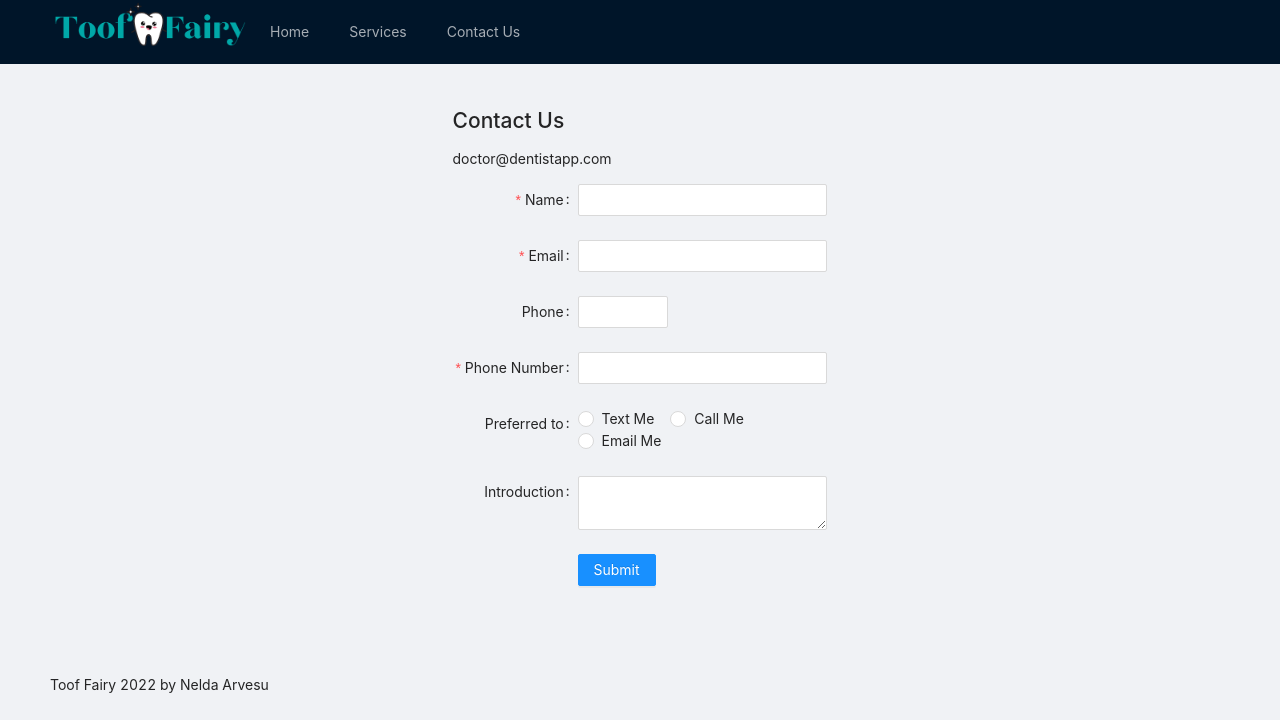
Repository: neldad1/dentist-app
Page: /contact
The author's editor kept a copy of each file at every save. The page is drawn from the files as they stood at one save, then again after the next save.
The browser window is 1280 px wide. The pictures show the whole page.
The project was rebuilt for these pictures with package versions that can differ from the ones it lists, and the page was loaded fresh each time. Also part of the build but not shown: src/components/Home.jsx, src/components/Services/Cosmetic.jsx, src/components/Services/Resorative.jsx, src/components/Services/Preventative.jsx. Imported but missing from the stored project, and not drawn on this page: src/components/Services.

Above is the page before, as saved 2022-03-09 14:57:42.

After the next save:
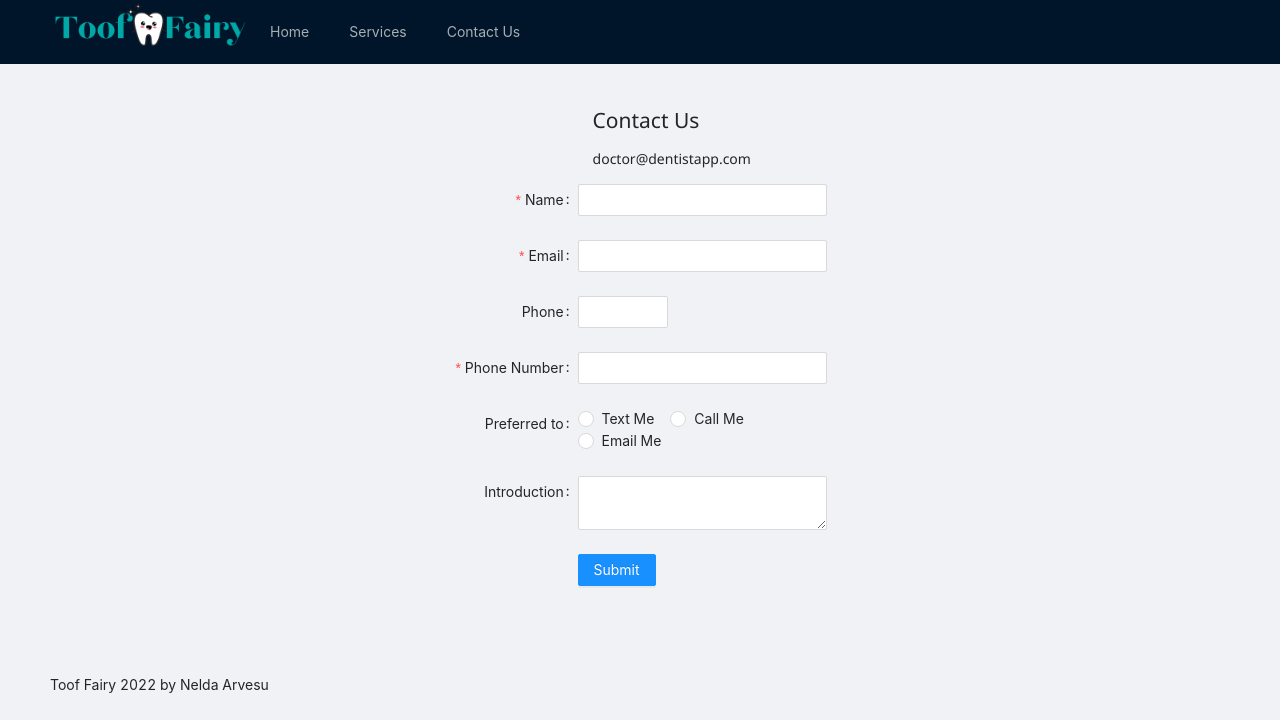
Saved 98 s later.
--- a/src/components/Contact.jsx
+++ b/src/components/Contact.jsx
@@ -30,8 +30,10 @@
 
   return (
     <div>
-      <h1>Contact Us</h1>
-      <p>doctor@dentistapp.com</p>
+      <div className="content-wrapper">
+        <h1>Contact Us</h1>
+        <p>doctor@dentistapp.com</p>
+      </div>
       <Form
         {...layout}
         name="nest-messages"

After the save that followed:
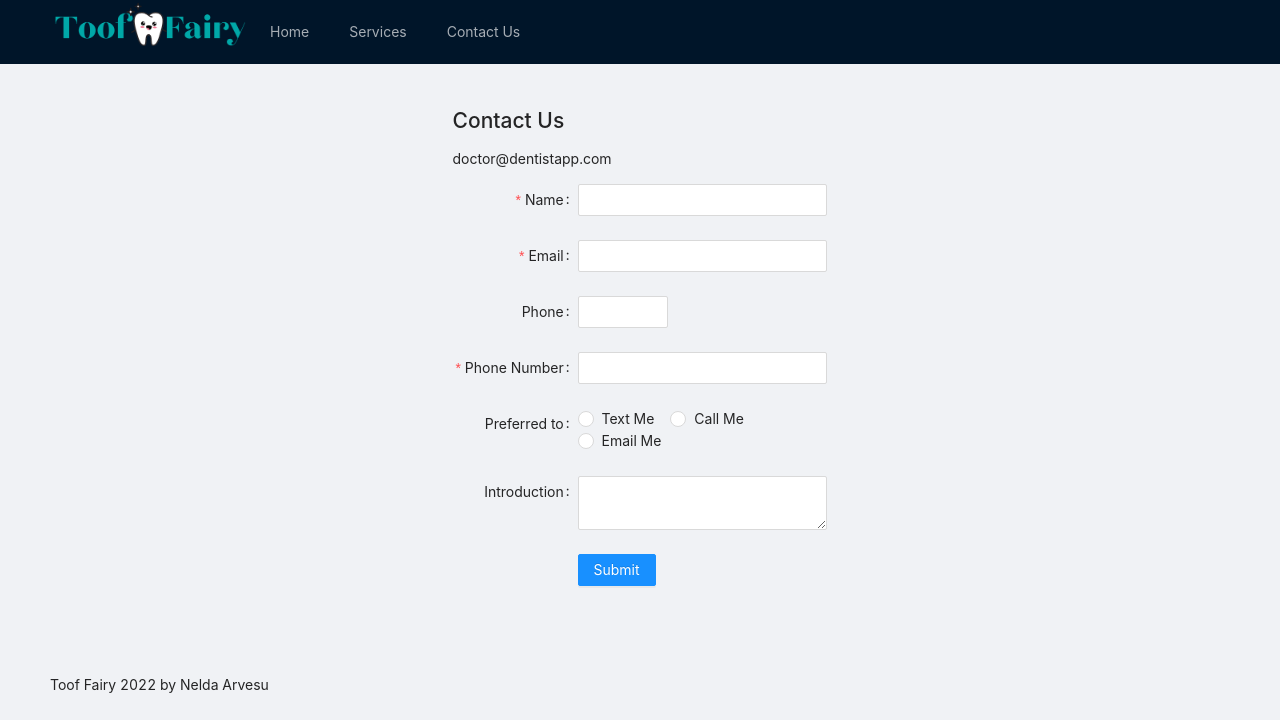
Saved 17 s later.
--- a/src/components/Contact.jsx
+++ b/src/components/Contact.jsx
@@ -30,7 +30,7 @@
 
   return (
     <div>
-      <div className="content-wrapper">
+      <div className="intro-wrapper">
         <h1>Contact Us</h1>
         <p>doctor@dentistapp.com</p>
       </div>
